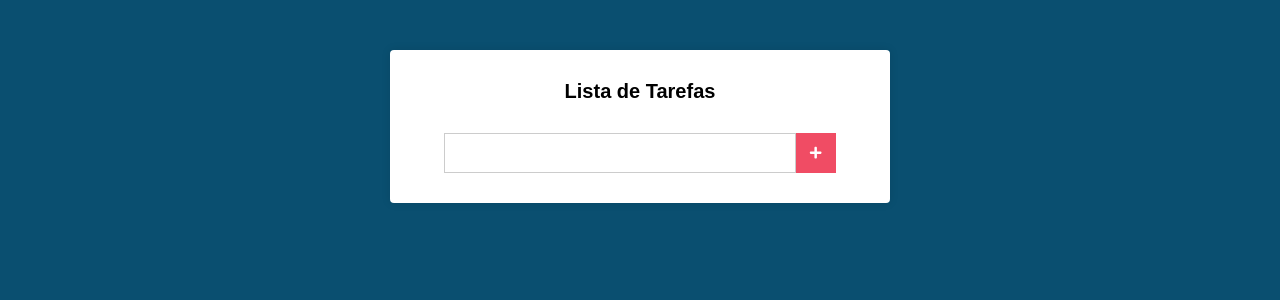
Repository: FellipeMiguel/lista-de-tarefas
Page: /
These files come from the project's save history. The page is drawn as it stood at one moment and after a run of saves; the edit follows.
The browser window is 1280 px wide. The pictures show the whole page.
The project was rebuilt for these pictures with package versions that can differ from the ones it lists, and the page was loaded fresh each time.

Above is the page before, as saved 2023-06-14 23:35:37.

### src/index.js
import React from "react"
import ReactDOM from "react-dom/client"

import App from "./App"

const root = ReactDOM.createRoot(document.getElementById("root"))
root.render(
  <React.StrictMode>
    <App />
  </React.StrictMode>,
)

### src/App.js
import Main from './components/Main'
import './App.css'

function App() {
  return <Main />
}

export default App

### src/components/Main.js
import React, { Component } from 'react'

// Form
import { FaPlus } from 'react-icons/fa'

import './Main.css'

export default class Main extends Component {
  state = {
    newTask: '',
    tasks: ['Fazer café', 'Beber água', 'Estudar'],
  }

  handleChange = (e) => {
    this.setState({ newTask: e.target.value })
  }

  render() {
    const { newTask, tasks } = this.state

    return (
      <div className="main">
        <h1>Lista de Tarefas</h1>

        <form action="#" className="form">
          <input value={newTask} onChange={this.handleChange} type="text" />
          <button type="submit">
            <FaPlus />
          </button>
        </form>
      </div>
    )
  }
}

### src/components/Main.css
.main {
  background: #fff;
  padding: 30px;
  margin: 50px auto;
  max-width: 500px;
  border-radius: 4px;
  box-shadow: 0 0 10px rgba(0, 0, 0, 0.1);
}

.main h1 {
  font-size: 20px;
  text-align: center;
}

.form {
  margin-top: 30px;
  display: flex;
  align-items: center;
  justify-content: center;
}

.form input[type="text"] {
  height: 40px;
  padding: 0 20px;
  font-size: 20px;
  border: 1px solid #ccc;
  min-width: 80%;
}

.form button[type="submit"] {
  border: none;
  height: 40px;
  width: 40px;
  background: #f04c64;
  color: #fff;
  display: flex;
  align-items: center;
  justify-content: center;
}

Loaded but not shown: public/index.html (common file); src/App.css (common file)

After the next 3 saves:
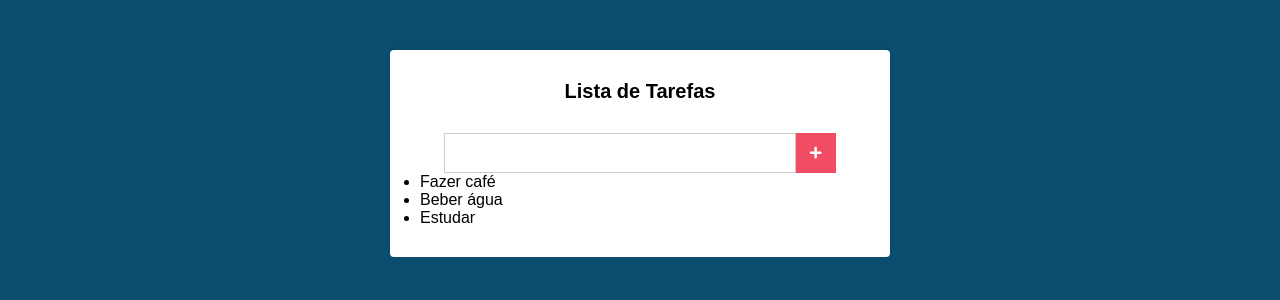
The 3 saves are shown as one change because 2 did not build or start.
The last was saved 114 s later.
--- a/src/components/Main.js
+++ b/src/components/Main.js
@@ -28,6 +28,12 @@ export default class Main extends Component {
             <FaPlus />
           </button>
         </form>
+
+        <ul className="tasks">
+          {tasks.map((task) => (
+            <li key={task}>{task}</li>
+          ))}
+        </ul>
       </div>
     )
   }
